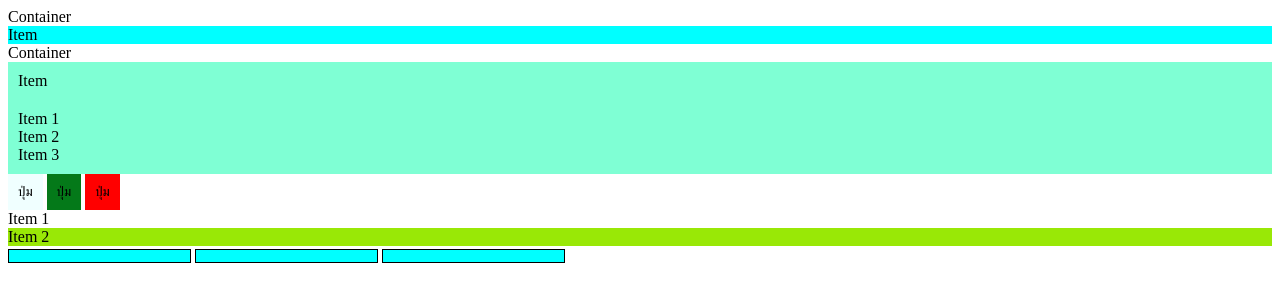
Repository: Onpreeya1/241-2567-820-
Page: index2.html
An editor plug-in stored every save of this project. The page is shown before and after a run of saves, followed by the edit.
The browser window is 1280 px wide. The pictures show the whole page.

Above is the page before, as saved 2024-12-23 15:07:16.

### index2.html
<!DOCTYPE html>
<html lang="en">
<head>
    <meta charset="UTF-8">
    <meta name="viewport" content="width=device-width, initial-scale=1.0">
    <title>Document</title>
    <style>
        .container .item{
            background-color: aqua;
        }
        .main-container >  .item{
            background-color: aquamarine;
            padding: 10px;
        }
        .button{
            background-color: azure;
            border: 0px;
            padding:  10px;
        }
        .button.active{
            background-color: rgb(4, 121, 25);
        }
        .button.danger{
            background-color: red;
        }
        .item1 + .item2{
            background-color: rgb(153, 232, 6);
        }
        input[ type=text ]{
            background-color: aqua;
            border: 1px solid black;
            height: 10px ;
        }
    </style>
</head>
<body>
    <!--1. item เป็นลูกของ container-->
    <div class="container">
        Container
        <div class="item">
            Item
        </div>
    </div>

    <!--2. item เป็นลูกของ container เเค่ชั้นเดียว -->
    <div class="main-container">
        Container
        <div class="item">
           Item
            </div>
        <div class="item 1">
            Item 1
        <div class="item 2 ">
            Item 2
            </div>
        <div class="item 3" >
            Item 3
            </div>
        </div>
    </div>
    <!--3. มี class ติดกัน-->
    <button class="button">ปุ่ม</button>
    <button class="button active">ปุ่ม</button>
    <button class="button danger">ปุ่ม</button>

    <!--4.เพื่อนกัน (adjecent)-->
    <div class="item1">Item 1</div>
    <div class="item2">Item 2</div>

    <!--5.attribute selector-->
    <input type="text" name="username">
    <input type="text" name="password">
    <input type="text" name="email">

</body>
</html>

After the next 3 saves:
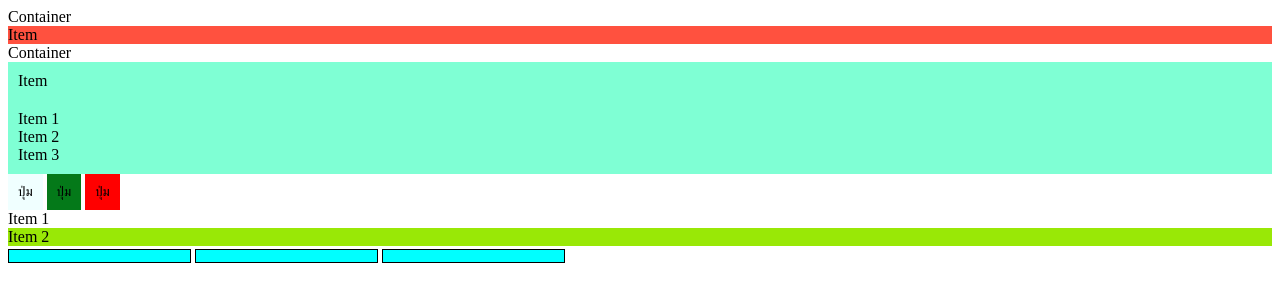
The 3 saves are shown as one change because they came seconds apart.
The last was saved 22 s later.
--- a/index2.html
+++ b/index2.html
@@ -6,7 +6,7 @@
     <title>Document</title>
     <style>
         .container .item{
-            background-color: aqua;
+            background-color: rgba(255, 25, 0, 0.752);
         }
         .main-container >  .item{
             background-color: aquamarine;
